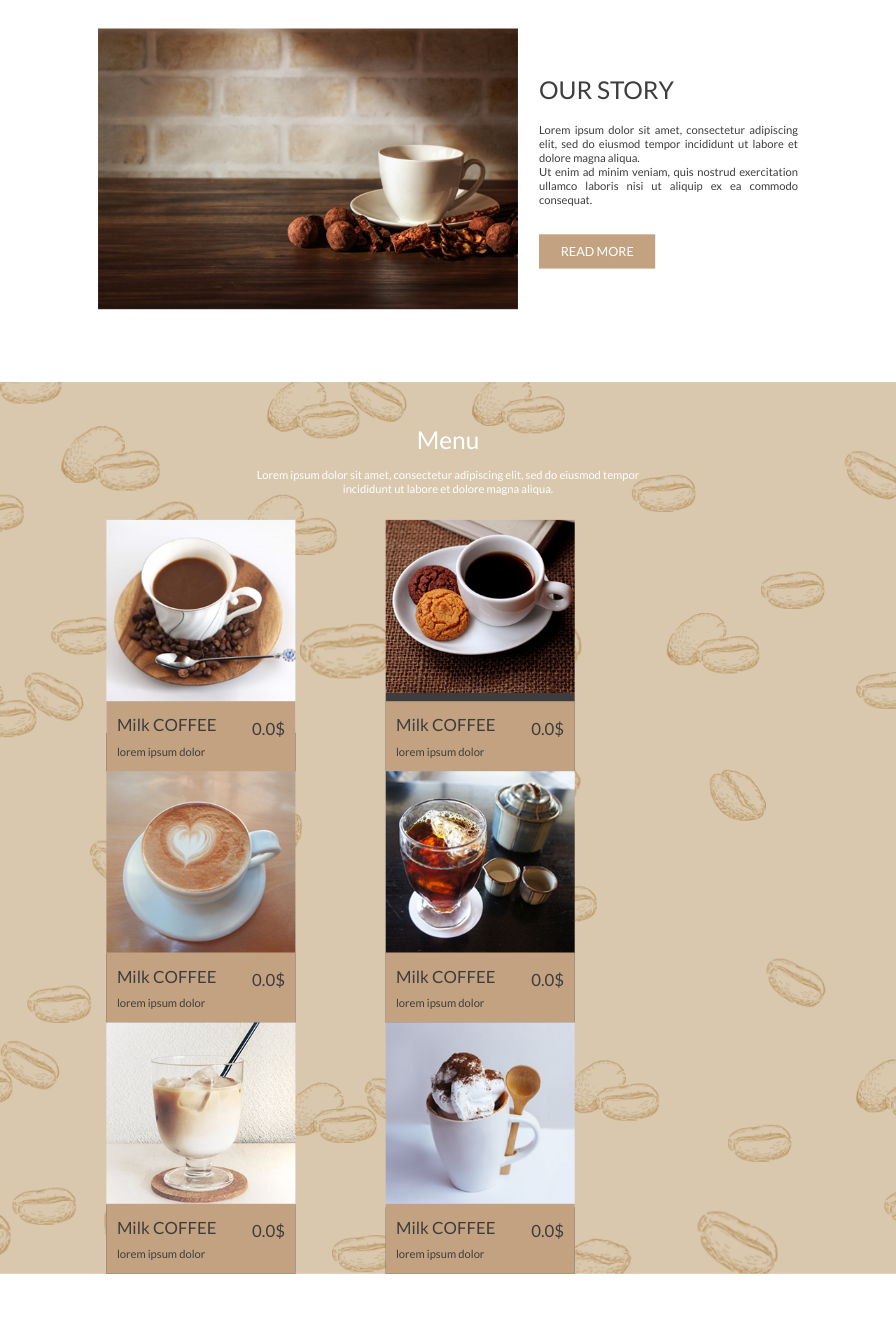
Repository: kuluong2000/coffe
Page: index.html
An editor plug-in stored every save of this project. The page is shown before and after the next save, followed by the edit.
The browser window is 1280 px wide. The pictures show the part of the page from y = 714 to 2634 px (the page is 2634 px tall), at 70% of full size.

Above is the page before, as saved 2021-10-04 21:57:03.

After the next save:
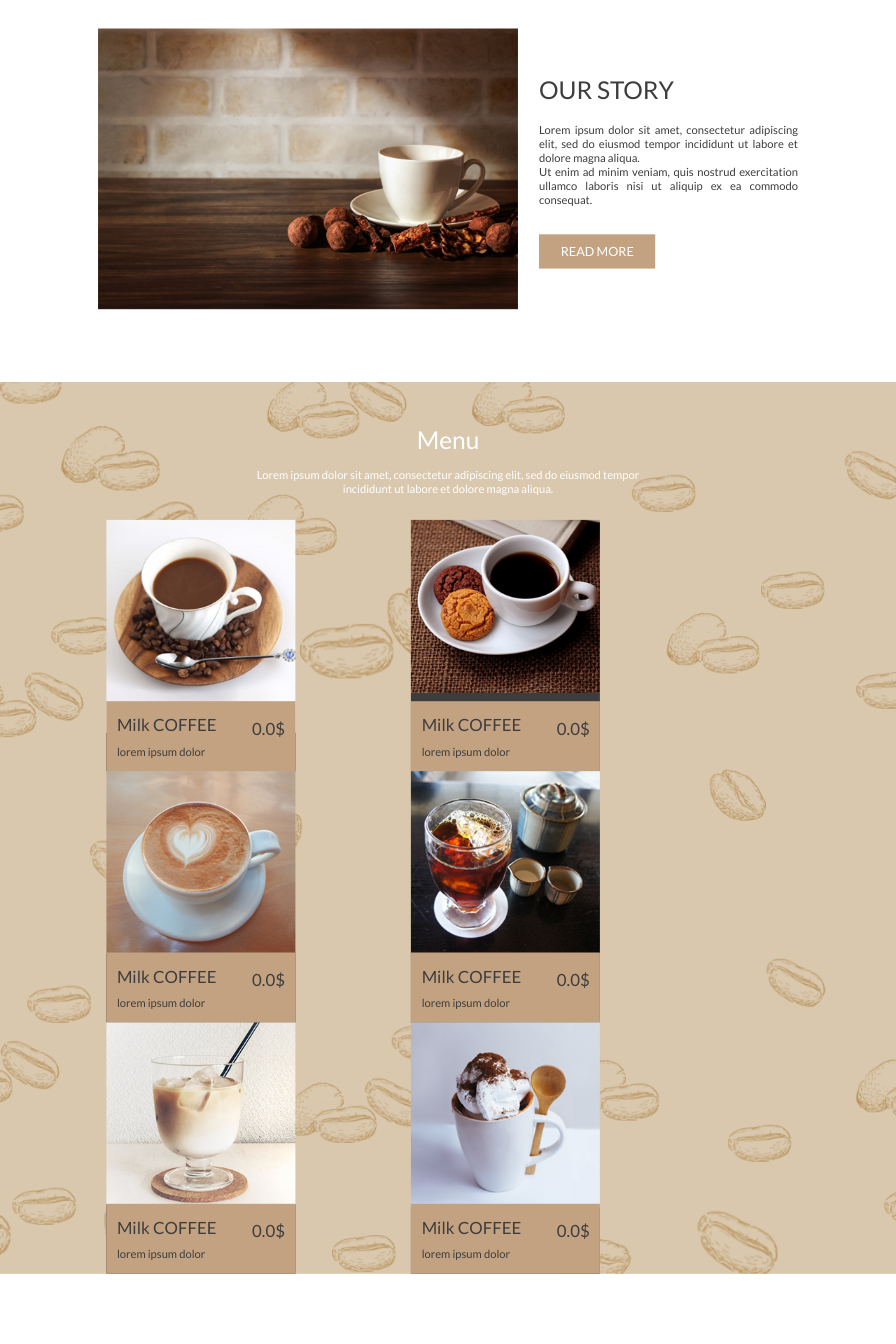
Saved 17 s later.
--- a/Assets/css/style.css
+++ b/Assets/css/style.css
@@ -169,12 +169,14 @@ body{
     display: flex;
     flex-wrap: wrap;
     padding: 0 70px;
+    margin-left: -110px;
+
 
 }
 
 .menu-item{
     width: calc((100% - 110px) /3);
-    margin-right: 110px;
+    margin-left: 110px;
     position: relative;
 
 }
